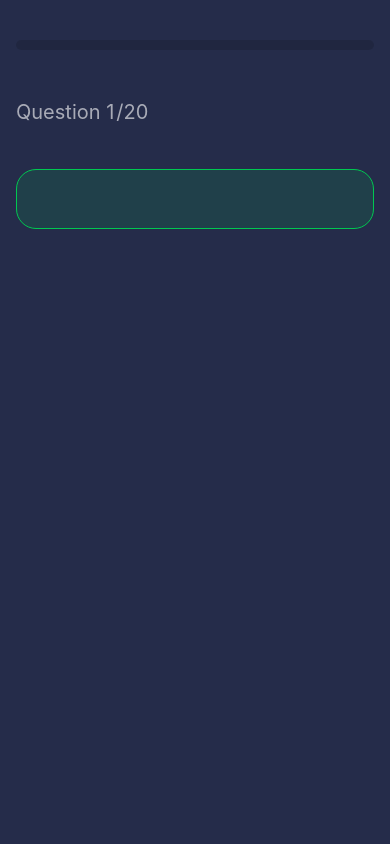
Repository: ds-mbappe/Quiz
Screen: /
An editor plug-in stored every save of this project. The screen is shown before and after the next save, followed by the edit.
The page's requests for data from a server got no answer. The app was drawn by React Native's web renderer in a window 390 px wide. The project was rebuilt for these pictures with package versions that can differ from the ones it lists, and the page was loaded fresh each time. No one was signed in, and anything a server would have sent is missing.

Above is the screen before, as saved 2022-05-29 16:50:22.

After the next save:
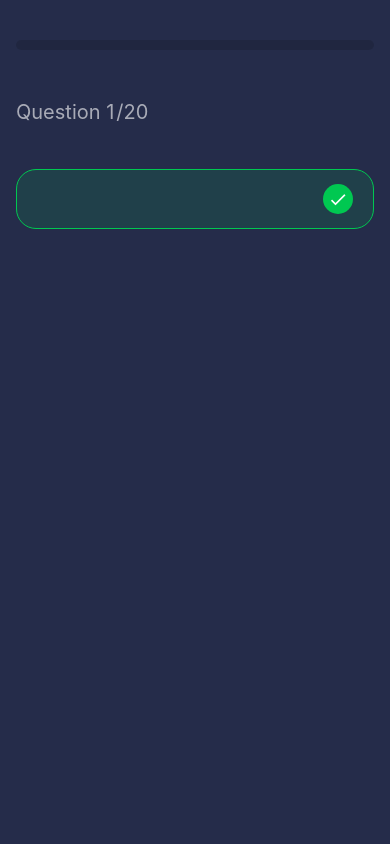
Saved 2 min 21 s later.
--- a/screens/Quiz.js
+++ b/screens/Quiz.js
@@ -189,6 +189,39 @@ const Quiz = () => {
               marginVertical: 10,
             }}>
             <Text style={{ fontSize: 20, color: COLORS.white }}>{allQuestions[currentQuestionIndex]?.['correctAnswer']}</Text>
+
+            {/* Show Check or Cross based on answer */}
+            {
+              allQuestions[currentQuestionIndex]?.['correctAnswer'] == correctOption ? (
+                <View style={{
+                  width: 30,
+                  height: 30,
+                  borderRadius: 30 / 2,
+                  backgroundColor: COLORS.success,
+                  justifyContent: 'center',
+                  alignItems: 'center'
+                }}>
+                  <MaterialCommunityIcons name="check" style={{
+                    color: COLORS.white,
+                    fontSize: 20
+                  }} />
+                </View>
+              ) : allQuestions[currentQuestionIndex]?.['correctAnswer'] == currentOptionSelected ?(
+                <View style={{
+                  width: 30,
+                  height: 30,
+                  borderRadius: 30 / 2,
+                  backgroundColor: COLORS.error,
+                  justifyContent: 'center',
+                  alignItems: 'center'
+                }}>
+                  <MaterialCommunityIcons name="close" style={{
+                    color: COLORS.white,
+                    fontSize: 20
+                  }} />
+                </View>
+              ) : null
+            }
           </TouchableOpacity>
         }
       </View>
